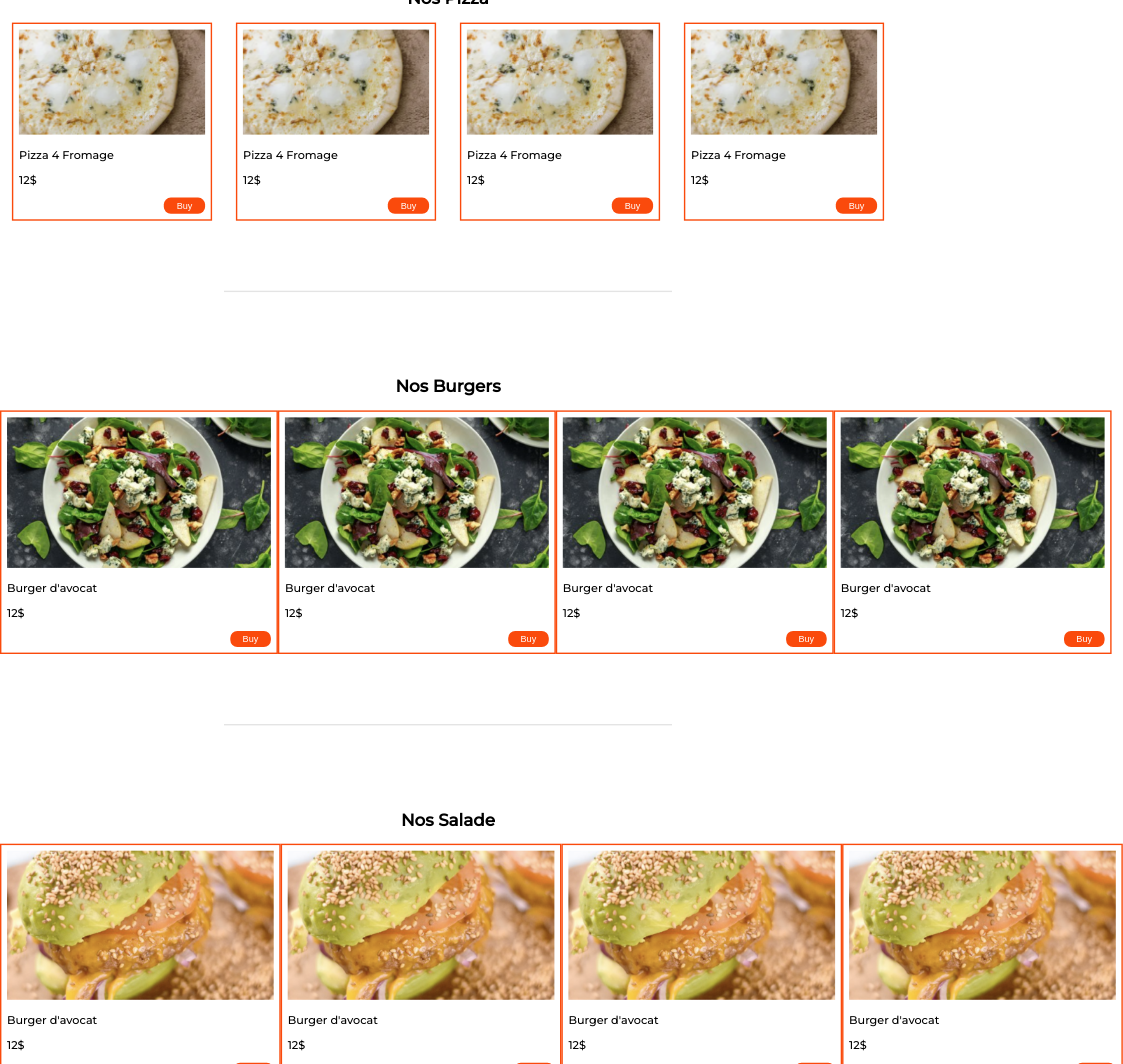
Repository: Ahlam-belhadj/bella-olange
Page: index.html
These files come from the project's save history. The page is drawn as it stood at one moment and after the next save; the edit follows.
The browser window is 1280 px wide. The page is 1604 px wide, so the pictures cover 1604 px, including what lies to the right of the window. The pictures show the part of the page from y = 835 to 2355 px (the page is 3366 px tall), at 70% of full size.

Above is the page before, as saved 2023-02-14 11:47:11.

After the next save:
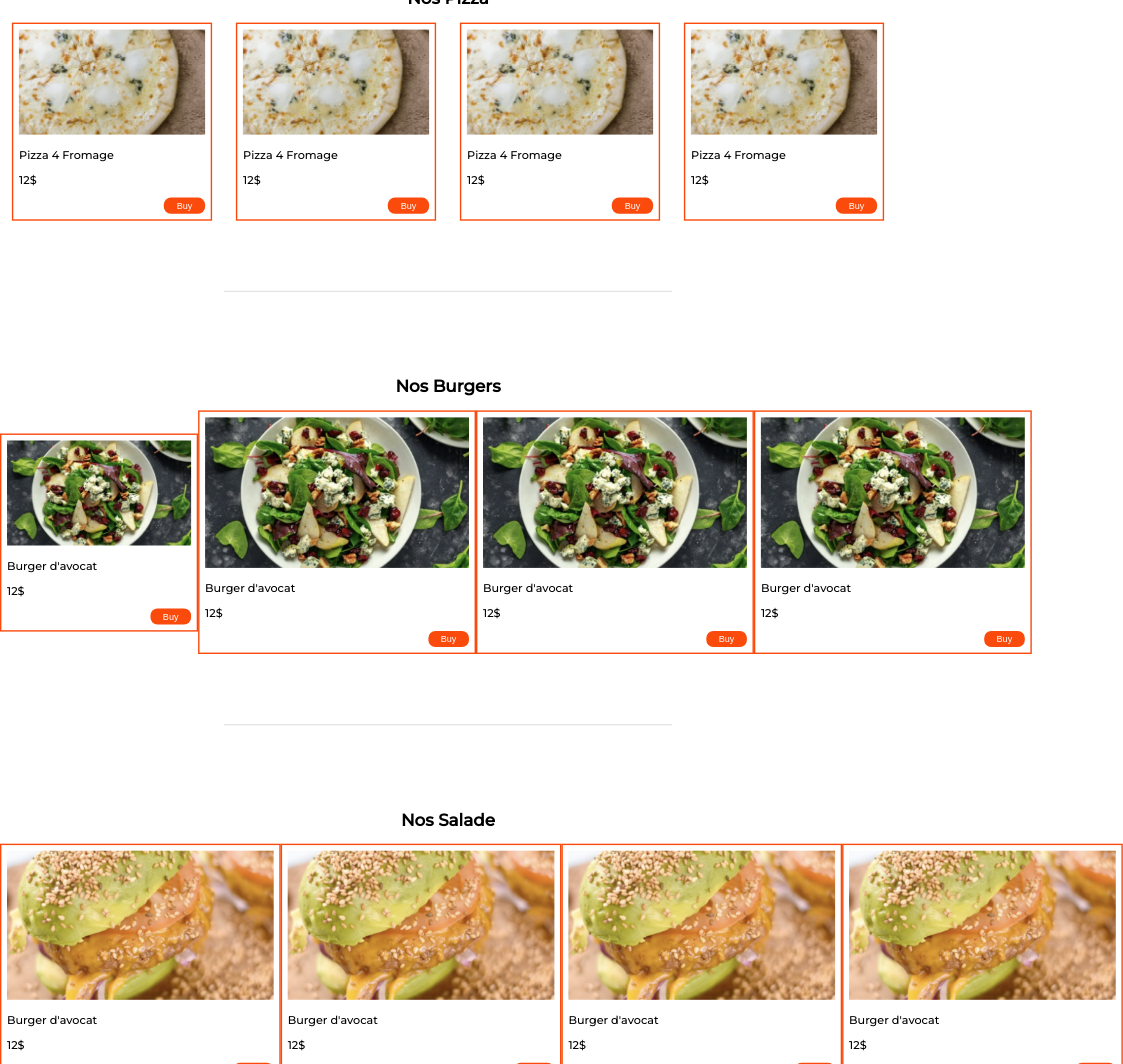
Saved 17 s later.
--- a/index.html
+++ b/index.html
@@ -117,7 +117,7 @@
         <div class="container-card">
             <div class="border">
                 <div class="card-img">
-                    <img src="image/salade.png" alt="">
+                    <img class="pimg" src="image/salade.png" alt="">
                 </div>
                 <div class="card-text">
                     <p>
